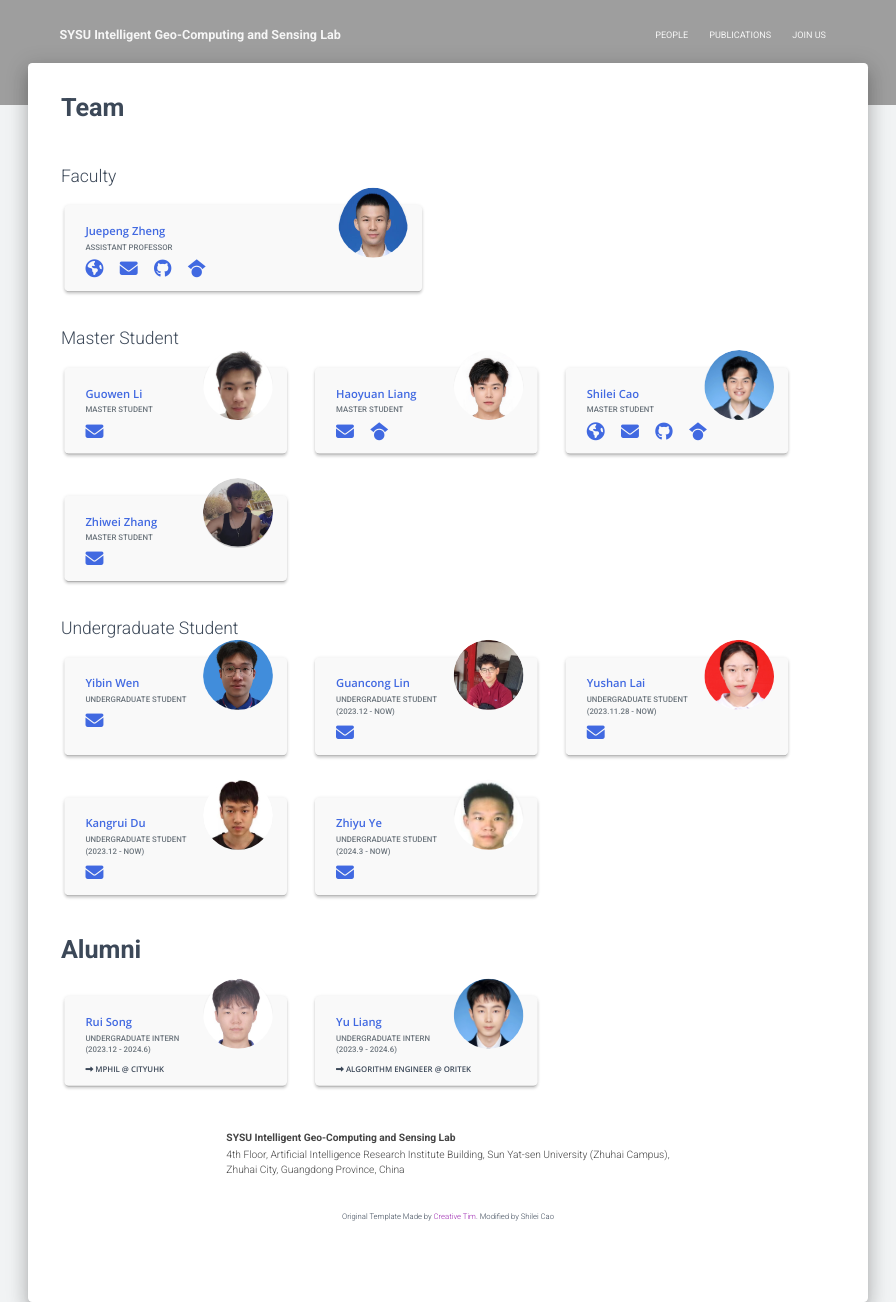
Repository: rssysu/rssysu.github.io
Page: people.html
The author's editor kept a copy of each file at every save. The page is drawn from the files as they stood at one save, then again after the next save.
The browser window is 1280 px wide. The pictures show the whole page, at 70% of full size.
Pictures or frames that could not be fetched are drawn as grey boxes. Some web libraries are served in a nearby version.

Above is the page before, as saved 2025-03-18 20:49:39.

After the next save:
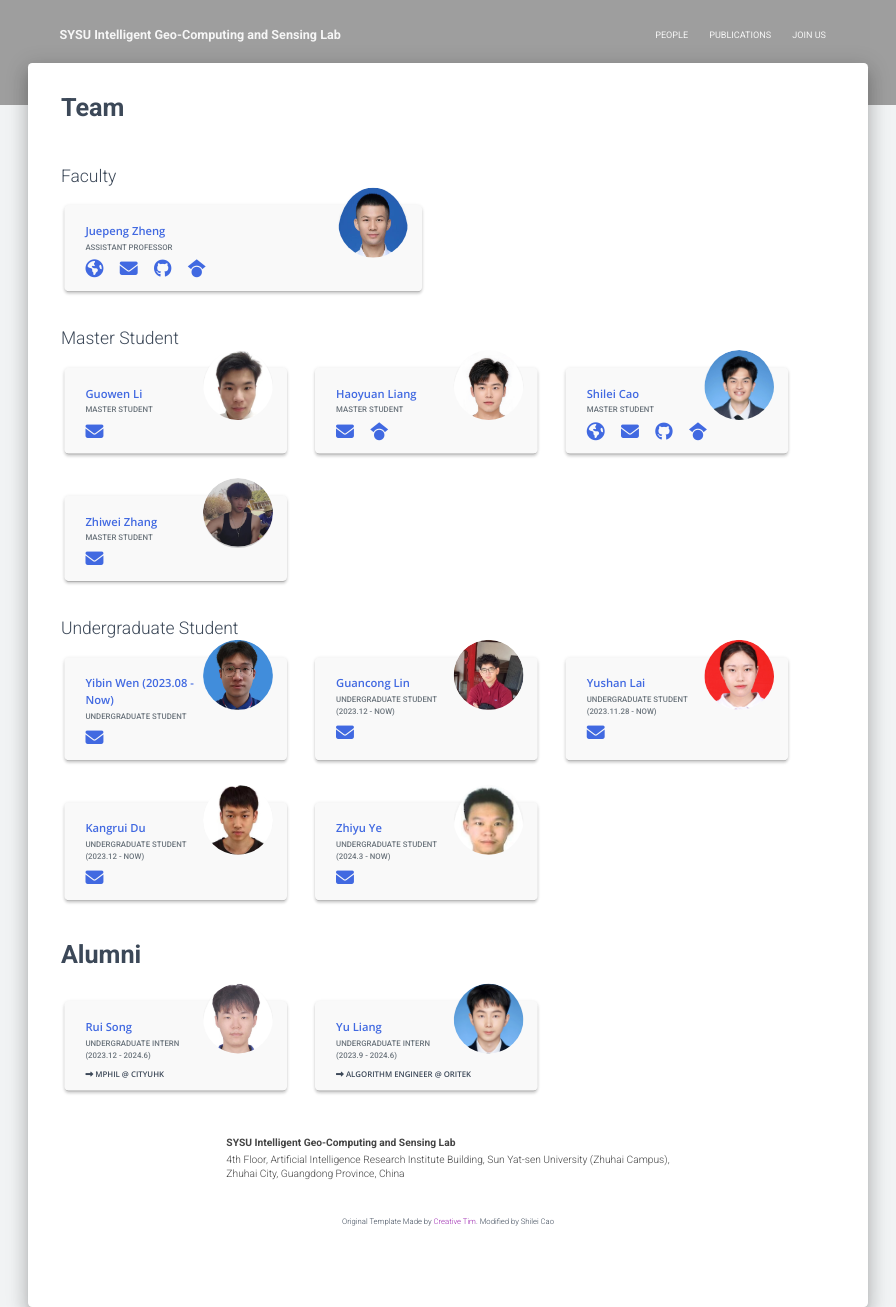
Saved 4 min 44 s later.
--- a/people.html
+++ b/people.html
@@ -151,7 +151,7 @@
                                   <img src="./assets/img/kit/faces/wyb.jpg" class="img-raised rounded-circle img-fluid"/>
                               </div>
                           </div>
-                          <h4 class="card-title"> <a href="./assets/resume/wyb.html" target="_blank"> Yibin Wen </a></h4>
+                          <h4 class="card-title"> <a href="./assets/resume/wyb.html" target="_blank"> Yibin Wen (2023.08 - Now) </a></h4>
                           <h6 class="card-subtitle mb-2 text-muted">Undergraduate Student</h6>
 
                             <a href="mailto:wenyb5@mail2.sysu.edu.cn" class="card-link"><i class="fa fa-envelope fa-2x" aria-hidden="true"></i></a>

After the save that followed:
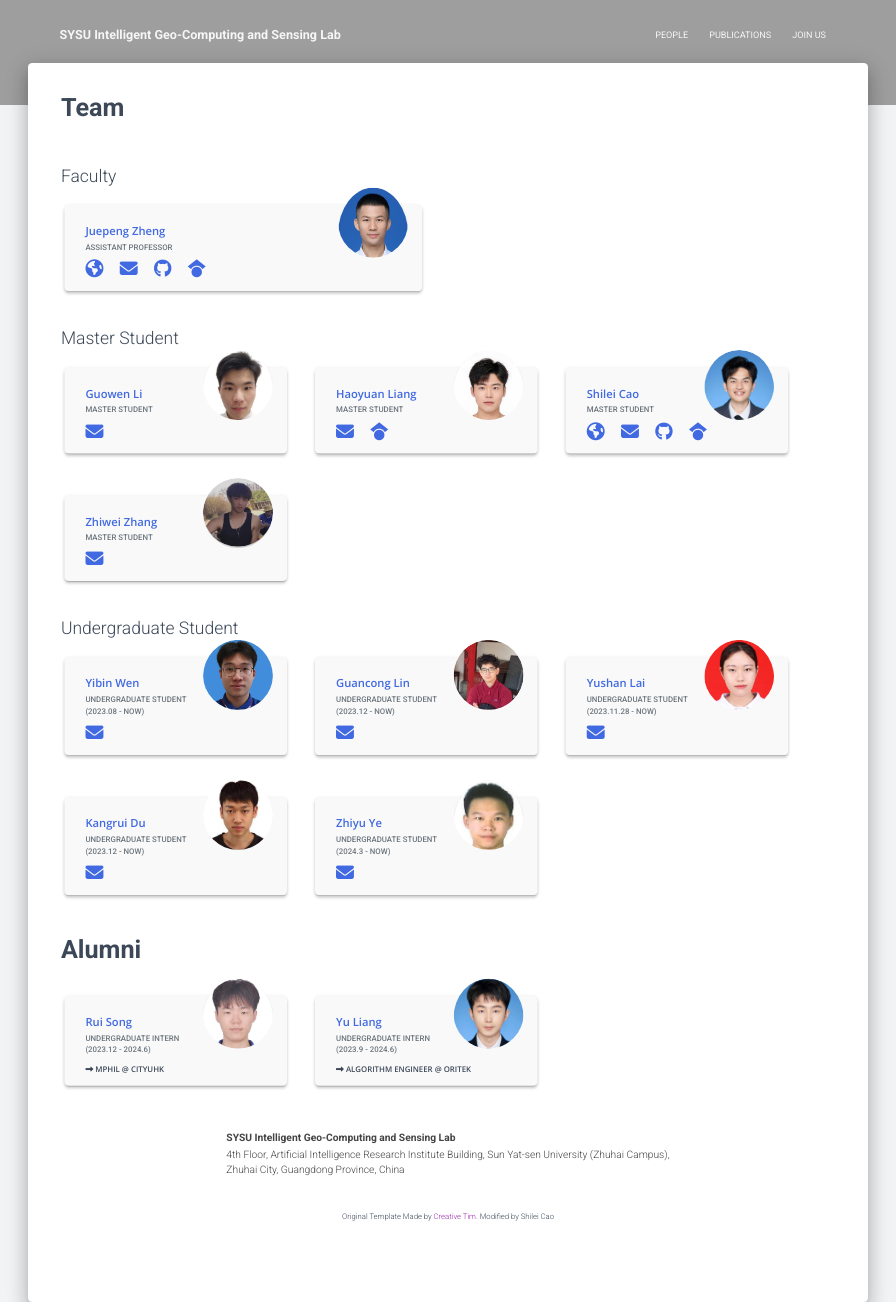
Saved 26 s later.
--- a/people.html
+++ b/people.html
@@ -151,8 +151,8 @@
                                   <img src="./assets/img/kit/faces/wyb.jpg" class="img-raised rounded-circle img-fluid"/>
                               </div>
                           </div>
-                          <h4 class="card-title"> <a href="./assets/resume/wyb.html" target="_blank"> Yibin Wen (2023.08 - Now) </a></h4>
-                          <h6 class="card-subtitle mb-2 text-muted">Undergraduate Student</h6>
+                          <h4 class="card-title"> <a href="./assets/resume/wyb.html" target="_blank"> Yibin Wen </a></h4>
+                          <h6 class="card-subtitle mb-2 text-muted">Undergraduate Student (2023.08 - Now)</h6>
 
                             <a href="mailto:wenyb5@mail2.sysu.edu.cn" class="card-link"><i class="fa fa-envelope fa-2x" aria-hidden="true"></i></a>
 
